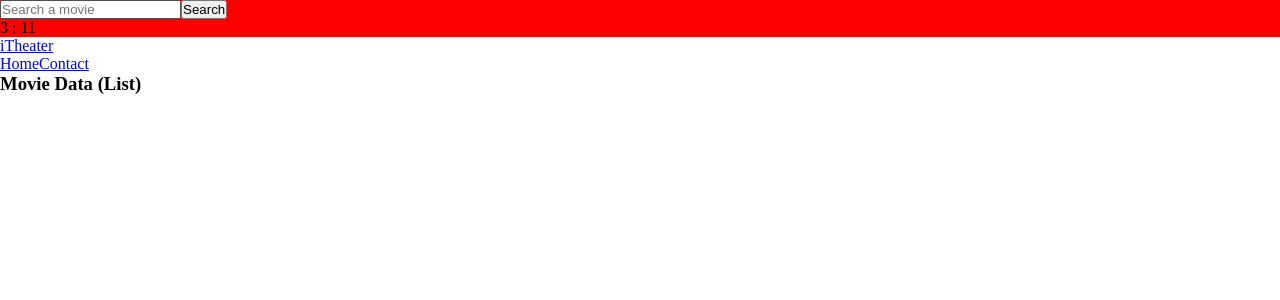
Repository: just-mann/itheater
Page: /
An editor plug-in stored every save of this project. The page is shown before and after the next save, followed by the edit.
The browser window is 1280 px wide. The pictures show the whole page.
The page's requests for data from a server got no answer. The project was rebuilt for these pictures with package versions that can differ from the ones it lists, and the page was loaded fresh each time. No one was signed in, and anything a server would have sent is missing. Also part of the build but not shown: src/components/Contact.js, src/components/MovieDetail.js.

Above is the page before, as saved 2021-07-16 03:17:47.

### public/index.html
<!DOCTYPE html>
<html lang="en">
  <head>
    <meta charset="utf-8" />
    <link rel="icon" href="%PUBLIC_URL%/favicon.ico" />
    <meta name="viewport" content="width=device-width, initial-scale=1" />
    <meta name="theme-color" content="#000000" />
    <meta
      name="description"
      content="Web site created using create-react-app"
    />
    <link rel="apple-touch-icon" href="%PUBLIC_URL%/logo192.png" />
    <!--
      manifest.json provides metadata used when your web app is installed on a
      user's mobile device or desktop. See https://developers.google.com/web/fundamentals/web-app-manifest/
    -->
    <link rel="manifest" href="%PUBLIC_URL%/manifest.json" />
    <!--
      Notice the use of %PUBLIC_URL% in the tags above.
      It will be replaced with the URL of the `public` folder during the build.
      Only files inside the `public` folder can be referenced from the HTML.

      Unlike "/favicon.ico" or "favicon.ico", "%PUBLIC_URL%/favicon.ico" will
      work correctly both with client-side routing and a non-root public URL.
      Learn how to configure a non-root public URL by running `npm run build`.
    -->
    <title>iTheater | Learn More About Your Favorite Movies / TV Shows</title>
  </head>
  <body>
    <noscript>You need to enable JavaScript to run this app.</noscript>
    <div id="root"></div>
    <!--
      This HTML file is a template.
      If you open it directly in the browser, you will see an empty page.

      You can add webfonts, meta tags, or analytics to this file.
      The build step will place the bundled scripts into the <body> tag.

      To begin the development, run `npm start` or `yarn start`.
      To create a production bundle, use `npm run build` or `yarn build`.
    -->
  </body>
</html>

### src/index.js
import React from 'react';
import ReactDOM from 'react-dom';
import './styles/style.css';
import App from './App';
import reportWebVitals from './reportWebVitals';

ReactDOM.render(
  <React.StrictMode>
    <App />
  </React.StrictMode>,
  document.getElementById('root')
);

// If you want to start measuring performance in your app, pass a function
// to log results (for example: reportWebVitals(console.log))
// or send to an analytics endpoint. Learn more: https://bit.ly/CRA-vitals
reportWebVitals();

### src/styles/style.css
* {
  padding: 0;
  margin: 0;
  box-sizing: border-box;
}

html {
  scroll-behavior: smooth;
}

.Header {
  background: red;
  width: 100%;
}/*# sourceMappingURL=style_20210716025908.css.map */

### src/App.js
import React from 'react';
import MovieContextProvider from './contexts/MovieContext';
import {BrowserRouter as Router, Switch, Route} from 'react-router-dom';
import Contact from './components/Contact';
import MovieDetail from './components/MovieDetail';
import ShowList from './components/ShowList';

const App = () => {
  return (
    <div className="App">
        <MovieContextProvider>
        <Router>
          <Switch>
            <Route exact path='/'>
              <ShowList />
            </Route>
            <Route exact path='/contact'>
              <Contact />
            </Route>
            <Route exact path='/:id'>
              <MovieDetail />
            </Route>
          </Switch>
        </Router>
        </MovieContextProvider>
    </div>
  );
}

export default App;

### src/contexts/MovieContext.js
import React, {useState, useEffect, createContext} from 'react';

export const movieContext = createContext();

const MovieContextProvider = (props) => {

    const [movie, setMovie] = useState('Smooth');

    // Data to be displayed...
    const [data, setData] = useState([])

    // Function to enter movie or show name
    const EnterShow = (show) => {
        setMovie(show);
    }

    useEffect(() => {
        fetch(`http://www.omdbapi.com/?s=${movie}&apikey=2c0bfe2d`)
            .then(res => res.json())
            .then(data => {
                setData(data.Search)
                console.log(data.Search)
            })
            .catch(err => console.log(err))
    }, [movie])

    return (
        <movieContext.Provider value={{movie, data, EnterShow}}>
            {data && props.children}
        </movieContext.Provider>
    )
}

export default MovieContextProvider;

### src/components/ShowList.js
import React, {useContext} from 'react';
import { movieContext } from '../contexts/MovieContext';
import Header from './Header';
import SideNav from './SideNav';


const ShowList = () => {

    const {data} = useContext(movieContext);

    // const [myData, setMyData] = useState({});

    return (
        <div className="ShowList">
            <Header />
            <SideNav />
            <h3>Movie Data (List)</h3>
            <div>
                {data.map(myData => {
                    return(
                        <div key={myData.imdbID} className="showCard">
                            <img src={myData.Poster} alt={myData.Title} />
                            <div>
                                <h3>{myData.Title}</h3>
                            </div>
                        </div>
                    )
                })}
            </div>
        </div>
    )
}

export default ShowList;

### src/components/Header.js
import React from 'react';
// import {Link} from 'react-router-dom';
import Search from './Search';

const Header = () => {
    return (
        <div className="Header">
            <Search />
            <div className="currTime">3 : 11</div>
        </div>
    )
}

export default Header;

### src/components/SideNav.js
import React from 'react';
import {Link} from 'react-router-dom';

const SideNav = () => {
    return (
        <div className="SideNav">
            <Link className="my_Logo" to='/'>iTheater</Link>
            <div className="links">
                <Link to='/'>Home</Link>
                <Link to="/contact">Contact</Link>
            </div>
        </div>
    )
}

export default SideNav;

### src/components/Search.js
import React, {useState, useContext} from 'react';
import { useHistory } from 'react-router';
import {movieContext} from '../contexts/MovieContext';

const Search = () => {

    const history = useHistory();

    const {EnterShow} = useContext(movieContext)

    const [newSearch, setNewSearch] = useState('');

    const handleChange = (e) => {
        setNewSearch(e.target.value);
    }

    // const reDirect = () => {
    //     let path = '/';
    //     let history = useHistory();
    //     history.push(path);
    // }

    const handleSubmit = (e) => {
        e.preventDefault();
        EnterShow(newSearch);
        setNewSearch('');
        history.push('/')
    }

    return (
        <div className="Search">
            <form onSubmit={handleSubmit}>
                <input type='search' value={newSearch} placeholder='Search a movie' onChange={handleChange}/>
                <button>Search</button>
            </form>
        </div>
    )
}

export default Search;

Loaded but not shown: src/reportWebVitals.js (common file)

After the next save:
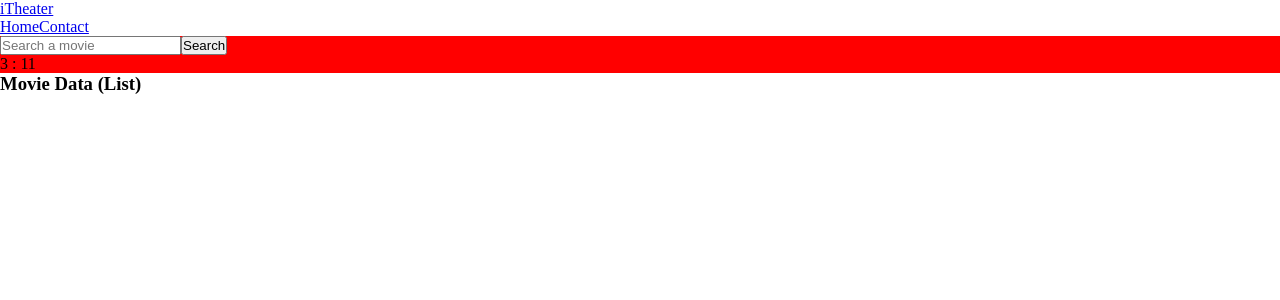
Saved 45 s later.
--- a/src/components/ShowList.js
+++ b/src/components/ShowList.js
@@ -12,8 +12,8 @@ const ShowList = () => {
 
     return (
         <div className="ShowList">
+            <SideNav />
             <Header />
-            <SideNav />
             <h3>Movie Data (List)</h3>
             <div>
                 {data.map(myData => {
